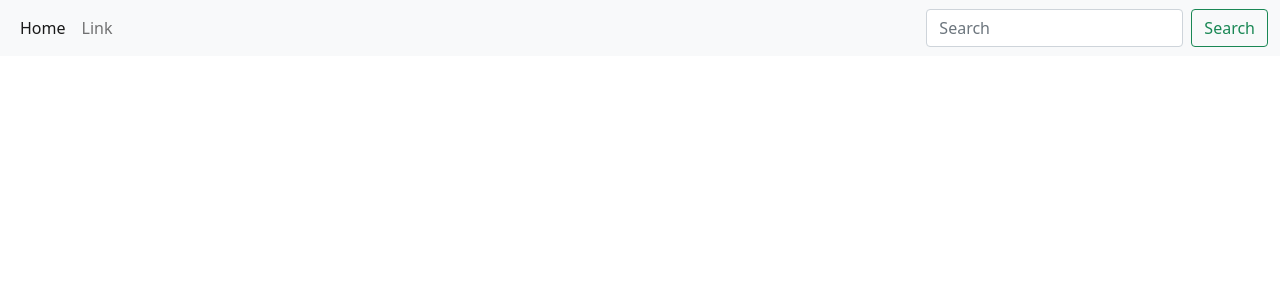
Repository: ttranhhoang/layoutBS
Page: index.html
An editor plug-in stored every save of this project. The page is shown before and after the next save, followed by the edit.
The browser window is 1280 px wide. The pictures show the whole page.

Above is the page before, as saved 2022-04-23 14:15:37.

### index.html
<!DOCTYPE html>
<html lang="en">
  <head>
    <meta charset="UTF-8" />
    <meta http-equiv="X-UA-Compatible" content="IE=edge" />
    <meta name="viewport" content="width=device-width, initial-scale=1.0" />
    <title>Layout BS</title>
    <link
      href="https://cdn.jsdelivr.net/npm/bootstrap@5.1.3/dist/css/bootstrap.min.css"
      rel="stylesheet"
      integrity="sha384-1BmE4kWBq78iYhFldvKuhfTAU6auU8tT94WrHftjDbrCEXSU1oBoqyl2QvZ6jIW3"
      crossorigin="anonymous"
    />
    <link rel="stylesheet" href="index.css" />
  </head>
  <body>
    <nav class="navbar navbar-expand-lg navbar-light bg-light">
      <div class="container-fluid">
        <button
          class="navbar-toggler"
          type="button"
          data-bs-toggle="offcanvas"
          data-bs-target="#navbarOffcanvasLg"
          aria-controls="navbarOffcanvasLg"
          aria-expanded="false"
          aria-label="Toggle navigation"
        >
          <span class="navbar-toggler-icon"></span>
        </button>

        <div class="collapse navbar-collapse" id="navbarTogglerDemo03">
          <ul class="navbar-nav me-auto mb-2 mb-lg-0">
            <li class="nav-item">
              <a class="nav-link active" aria-current="page" href="#">Home</a>
            </li>
            <li class="nav-item">
              <a class="nav-link" href="#">Link</a>
            </li>
          </ul>
          <form class="d-flex">
            <input
              class="form-control me-2"
              type="search"
              placeholder="Search"
              aria-label="Search"
            />
            <button class="btn btn-outline-success" type="submit">
              Search
            </button>
          </form>
        </div>
      </div>
    </nav>

    <script
      src="https://cdn.jsdelivr.net/npm/bootstrap@5.1.3/dist/js/bootstrap.bundle.min.js"
      integrity="sha384-ka7Sk0Gln4gmtz2MlQnikT1wXgYsOg+OMhuP+IlRH9sENBO0LRn5q+8nbTov4+1p"
      crossorigin="anonymous"
    ></script>
  </body>
</html>

### index.css
*,
*::after,
*::before {
  box-sizing: border-box;
}
button.navbar-toggler:focus{
  box-shadow: none;
}

nav.navbar {
  background-color: red;
}
.offcanvas-warning {
  background-color: yellow;
}

After the next save:
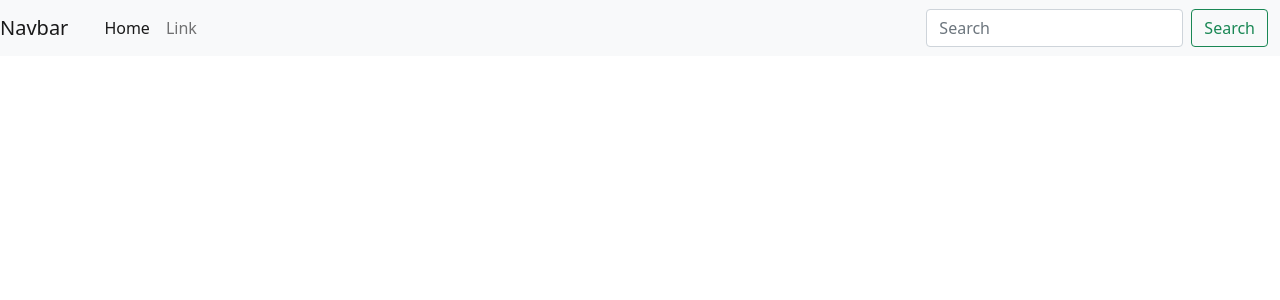
Saved 1 s later.
--- a/index.html
+++ b/index.html
@@ -15,6 +15,7 @@
   </head>
   <body>
     <nav class="navbar navbar-expand-lg navbar-light bg-light">
+      <a class="navbar-brand" href="#">Navbar</a>
       <div class="container-fluid">
         <button
           class="navbar-toggler"

After the save that followed:
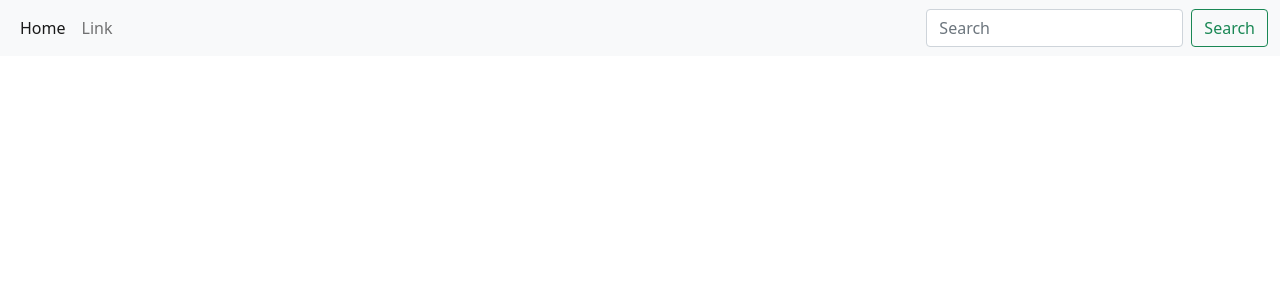
Saved 15 s later.
--- a/index.html
+++ b/index.html
@@ -15,7 +15,7 @@
   </head>
   <body>
     <nav class="navbar navbar-expand-lg navbar-light bg-light">
-      <a class="navbar-brand" href="#">Navbar</a>
+
       <div class="container-fluid">
         <button
           class="navbar-toggler"
